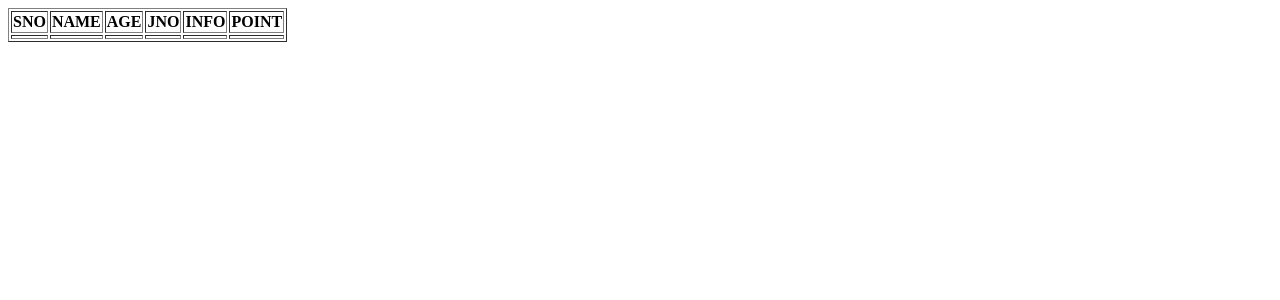
Repository: JYH94/JAVA
Page: http://localhost/web01/mvcTestJsp/ex03_MVC02Detail.jsp
The author's editor kept a copy of each file at every save. The page is drawn from the files as they stood at one save, then again after the next save.
The browser window is 1280 px wide. The pictures show the whole page.
The page is served by Tomcat 9. Other server files are loaded and not shown.

Above is the page before, as saved 2024-01-17 03:38:52.

### web01/src/main/webapp/mvcTestJsp/ex03_MVC02Detail.jsp
<%@ page language="java" contentType="text/html; charset=UTF-8"
    pageEncoding="UTF-8"%>
<%@ taglib uri="http://java.sun.com/jsp/jstl/core" prefix="c"%>
<!DOCTYPE html>
<html>
<head>
<meta charset="UTF-8">
<title>Insert title here</title>
</head>
<body>
	<table border=1; style="text-align:center">
	<tr>
		<th>SNO</th>
		<th>NAME</th>
		<th>AGE</th>
		<th>JNO</th>
		<th>INFO</th>
		<th>POINT</th>
	</tr>
	<tr>
		<td>${requestScope.myInfo.sno }</td>
		<td>${requestScope.myInfo.name }</td>
		<td>${requestScope.myInfo.age }</td>
		<td>${requestScope.myInfo.jno }</td>
		<td>${requestScope.myInfo.info }</td>
		<td>${requestScope.myInfo.point }</td>
	</tr>

	</table>
</body>
</html>

After the next save:
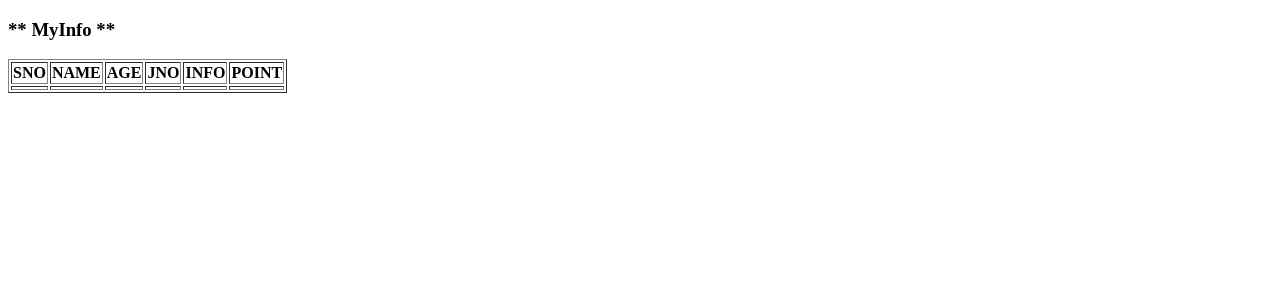
Saved 77 s later.
--- a/web01/src/main/webapp/mvcTestJsp/ex03_MVC02Detail.jsp
+++ b/web01/src/main/webapp/mvcTestJsp/ex03_MVC02Detail.jsp
@@ -5,9 +5,10 @@
 <html>
 <head>
 <meta charset="UTF-8">
-<title>Insert title here</title>
+<title>** MyInfo **</title>
 </head>
 <body>
+<h3>** MyInfo **</h3>
 	<table border=1; style="text-align:center">
 	<tr>
 		<th>SNO</th>
